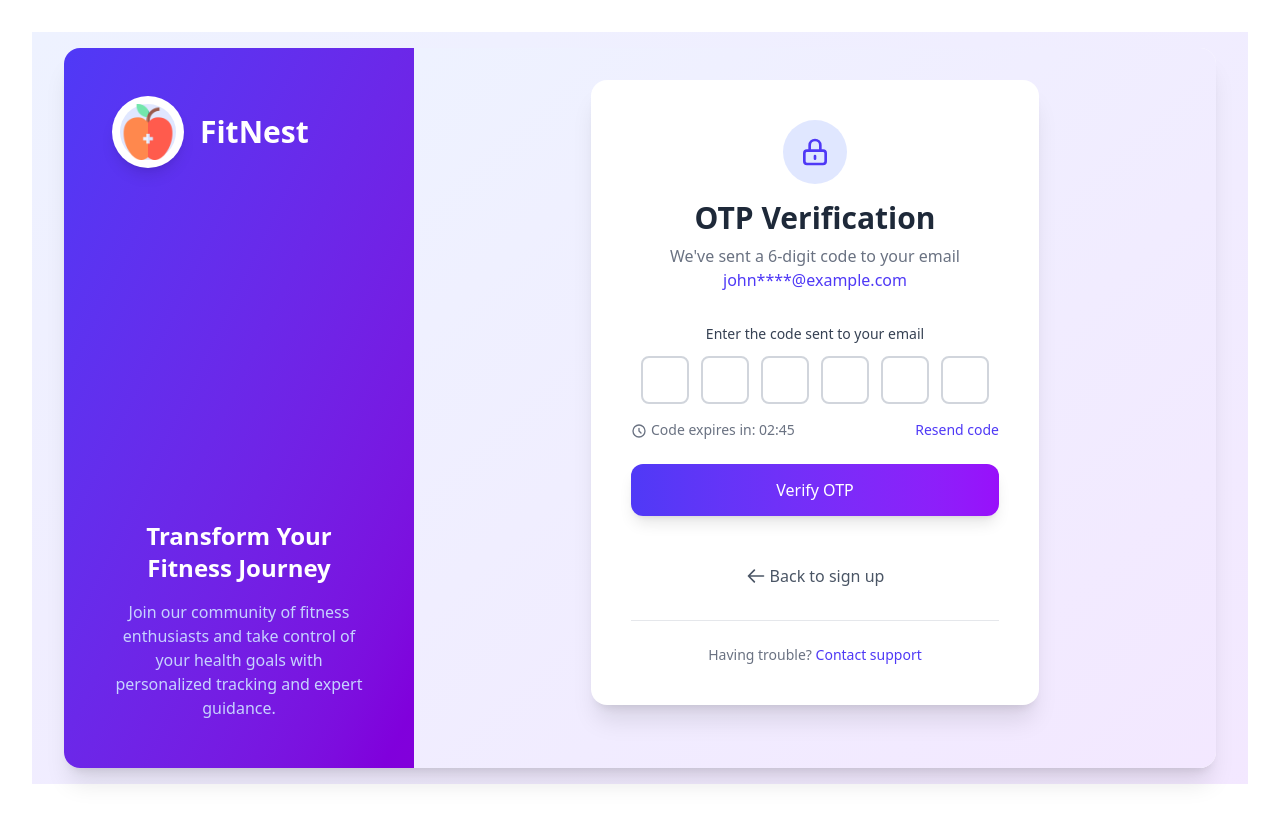
Repository: aryan151pratap/FitPanda
Page: / (app in frontened/), after clicking the first element matching `button.w-full`
The author's editor kept a copy of each file at every save. The page is drawn from the files as they stood at one save, then again after the next save.
The browser window is 1280 px wide. The pictures show the whole page.
The project was rebuilt for these pictures with package versions that can differ from the ones it lists, and the page was loaded fresh each time. Also part of the build but not shown: frontened/vite.config.js.

Above is the page before, as saved 2025-06-03 23:49:35.

After the next save:
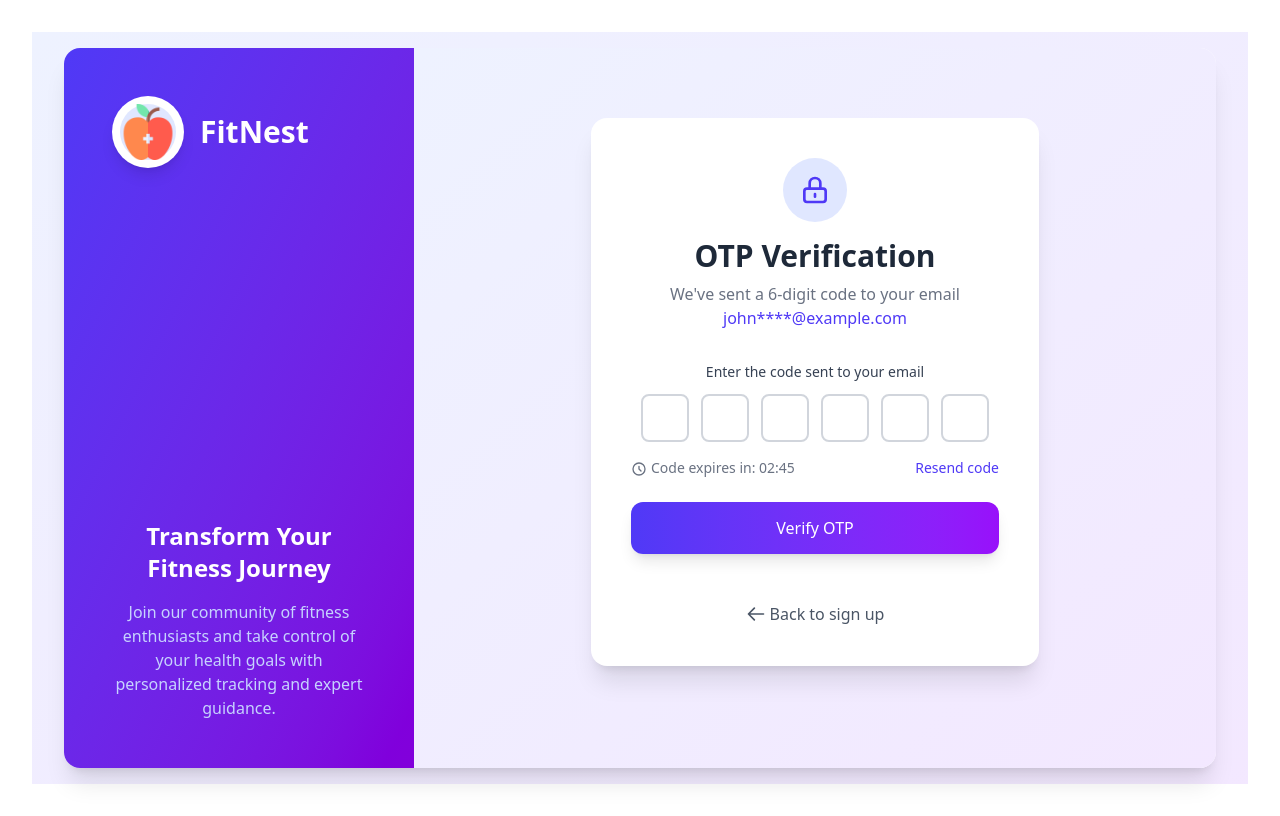
Saved 7 s later.
--- a/frontened/src/login/otp.jsx
+++ b/frontened/src/login/otp.jsx
@@ -70,11 +70,6 @@ function Otp() {
             </div>
           </form>
 
-          <div className="mt-8 pt-6 border-t border-gray-200">
-            <p className="text-center text-gray-500 text-sm">
-              Having trouble? <a href="#" className="text-indigo-600 font-medium hover:underline">Contact support</a>
-            </p>
-          </div>
         </div>
 
         <div className="mt-8 text-center">
